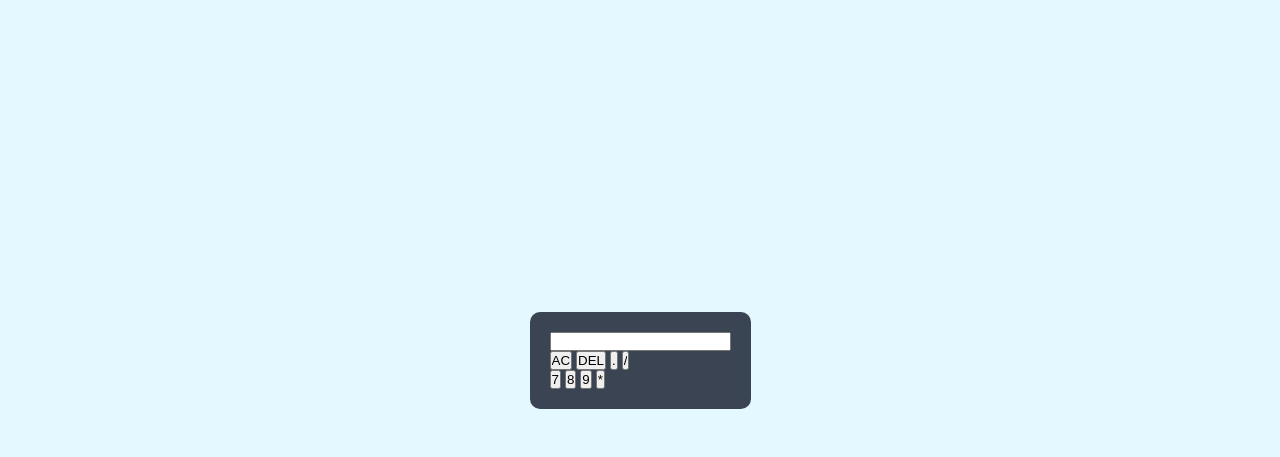
Repository: isaacCodes1/Calculator
Page: index.html
The author's editor kept a copy of each file at every save. The page is drawn from the files as they stood at one save, then again after the next save.
The browser window is 1280 px wide. The pictures show the whole page.

Above is the page before, as saved 2024-04-01 18:15:47.

After the next save:
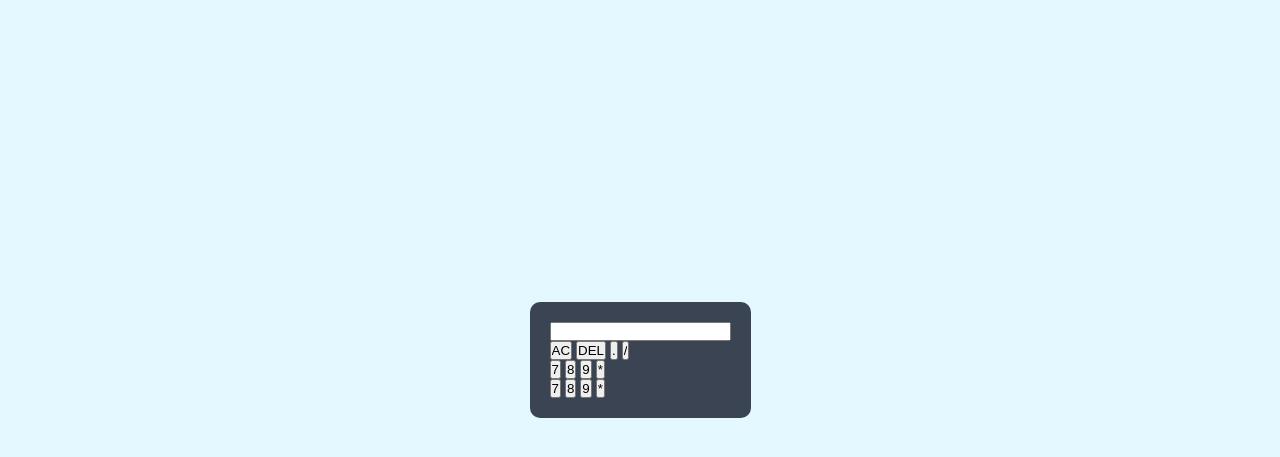
Saved 9 s later.
--- a/index.html
+++ b/index.html
@@ -25,6 +25,12 @@
             <input type="button" value="9" />
             <input type="button" value="*" />
           </div>
+          <div>
+            <input type="button" value="7" />
+            <input type="button" value="8" />
+            <input type="button" value="9" />
+            <input type="button" value="*" />
+          </div>
         </form>
       </div>
     </div>
